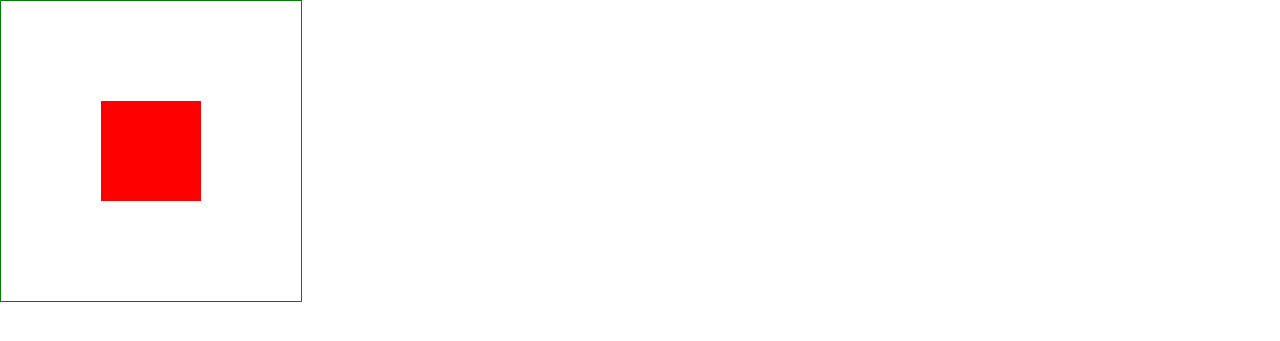
Repository: 319226862/wyy
Page: JavaScript/center.html
These files come from the project's save history. The page is drawn as it stood at one moment and after the next save; the edit follows.
The browser window is 1280 px wide. The pictures show the whole page.

Above is the page before, as saved 2023-07-26 09:47:20.

After the next save:
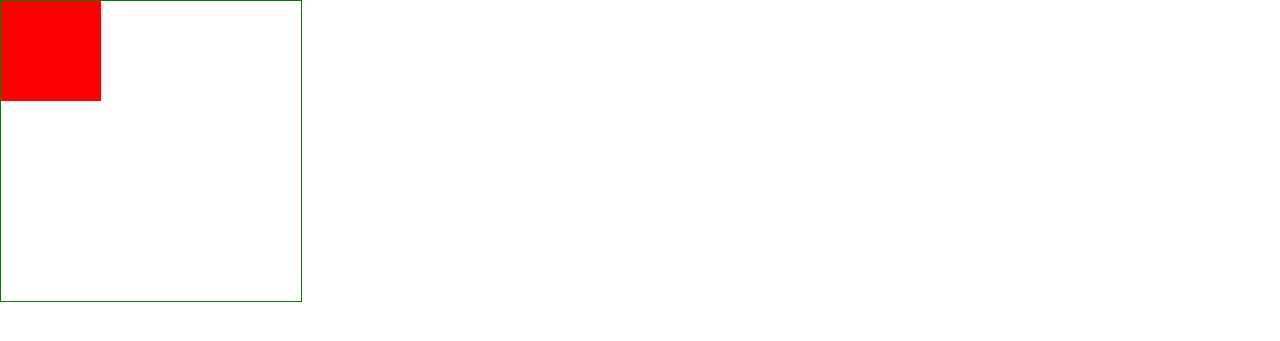
Saved 2 min 3 s later.
--- a/JavaScript/center.html
+++ b/JavaScript/center.html
@@ -13,13 +13,9 @@
             width: 300px;
             height: 300px;
             border: 1px solid green;
-            position: relative;
+            display: table;
         }
         #box{
-            position: absolute;
-            left: 50%;
-            top: 50%;
-            translate: -50px -50px;
             width: 100px;
             height: 100px;
             background-color: red;
